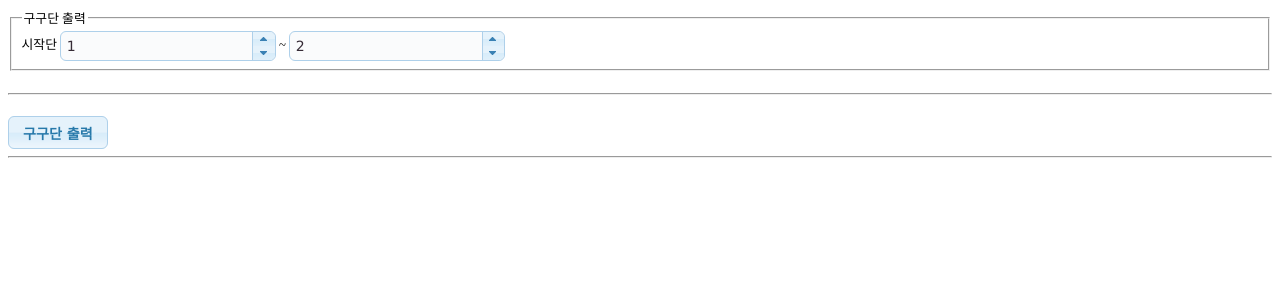
Repository: popconnect/jQuery
Page: http://localhost/jQueryUiEx02/SpinnerEx01.jsp
The author's editor kept a copy of each file at every save. The page is drawn from the files as they stood at one save, then again after the next save.
The browser window is 1280 px wide. The pictures show the whole page.
The page is served by Tomcat 9.

Above is the page before, as saved 2023-05-17 03:27:27.

After the next save:
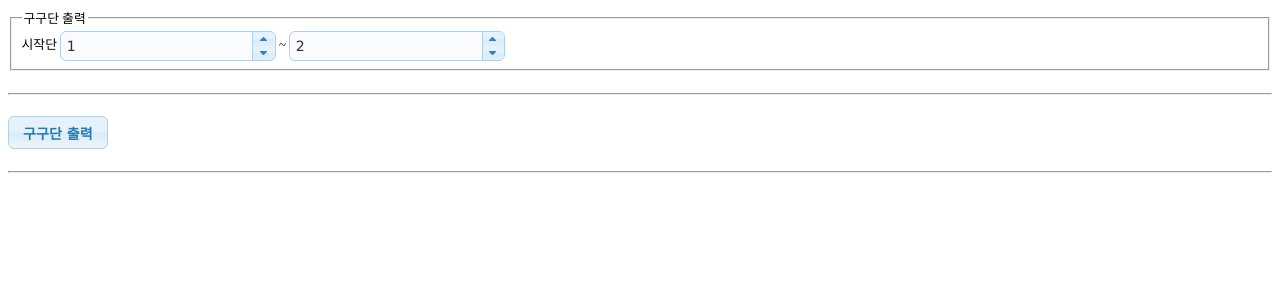
Saved 29 s later.
--- a/jQueryUiEx02/src/main/webapp/SpinnerEx01.jsp
+++ b/jQueryUiEx02/src/main/webapp/SpinnerEx01.jsp
@@ -50,7 +50,7 @@ body {
 	</fieldset>
 	<br><hr><br>
 	<button id="btn">구구단 출력</button>
-	<br><hr><br>
+	<br><br><hr><br>
 	<div id="result"></div>
 
 </body>
